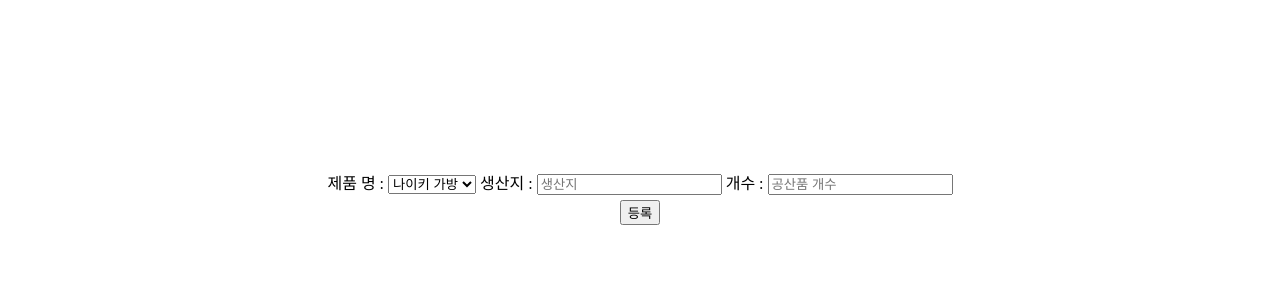
Repository: charmingjae/swproject
Page: http://localhost/board_project/product.jsp
An editor plug-in stored every save of this project. The page is shown before and after the next save, followed by the edit.
The browser window is 1280 px wide. The pictures show the whole page.
The page is served by Tomcat 9. Other server files are loaded and not shown.

Above is the page before, as saved 2019-09-17 16:46:51.

### board_project/board_project/WebContent/product.jsp
<%@ page language="java" contentType="text/html; charset=EUC-KR"
    pageEncoding="EUC-KR"%>
<%@ page import="java.sql.*" %>
<script language = "javascript">

function writeCheck()
{
	var form = document.writeform;

	if(!form.proname.value)
	{
		alert("제품명을 입력해주세요.");
		form.name.focus();
		return;
	}

	if(!form.proloc.value)
	{
		alert("생산지를 적어주세요.");
		form.proloc.focus();
		return;
	}
	if(!form.pronumber.value)
	{
		alert("개수를 입력하세요.");
		form.pronumber.focus();
		return;
	}
	form.submit();

}
</script>
<!DOCTYPE html PUBLIC "-//W3C//DTD HTML 4.01 Transitional//EN" "http://www.w3.org/TR/html4/loose.dtd">
<html>
	<head>
 		<title> 공산품 관리 </title>
	</head>
 	<body>
 		<table>
			 <center>
				 <form name=writeform method=post action="write_ok.jsp">
				 			<br /><br /><br /><br /><br /><br /><br /><br /><br />
<!-- 				 			제품 명 : <input name="proname" placeholder="공산품 제품명"/>
				 			생산지 : 	<input name="proloc" placeholder="생산지" />
							개수 : 	<input name="pronumber" placeholder="공산품 개수"/> -->

							제품 명 : <select name="proname" size="1" placeholder="공산품 제품명">
										<option value="나이키 가방">나이키 가방</option>
									</select>
									</select>
							생산지 : 	<input name="proloc" placeholder="생산지" />
							개수 : 	<input name="pronumber" placeholder="공산품 개수"/>

				 </form>
			 </center>
		</table>

		<table width="100%" cellpadding="0" cellspacing="0" border="0">
  		<tr>
  			<td colspan="4" height="5"></td>
  		</tr>
  		<tr align="center">
   			<td>
   				<input type=button value="등록" OnClick = "javascript:writeCheck();">
   			</td>
  		</tr>
		</table>
	</body>
</html>

After the next save:
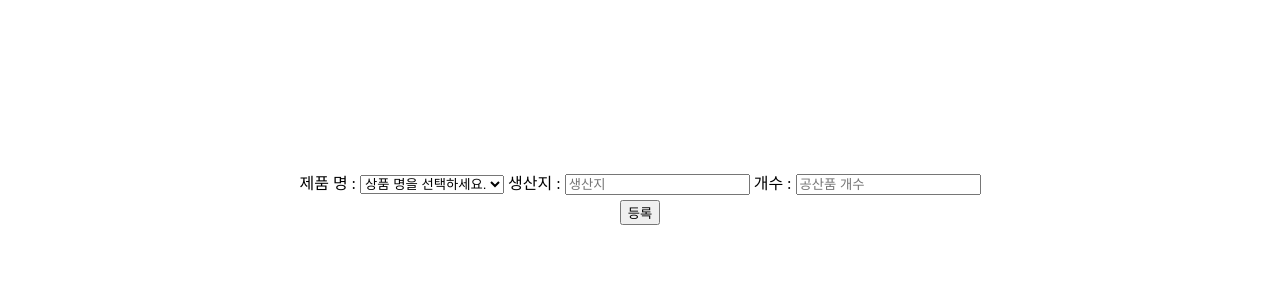
Saved 99 s later.
--- a/board_project/board_project/WebContent/product.jsp
+++ b/board_project/board_project/WebContent/product.jsp
@@ -44,7 +44,8 @@ function writeCheck()
 				 			생산지 : 	<input name="proloc" placeholder="생산지" />
 							개수 : 	<input name="pronumber" placeholder="공산품 개수"/> -->
 
-							제품 명 : <select name="proname" size="1" placeholder="공산품 제품명">
+							제품 명 : <select name="proname" size="1">
+										<option value="" selected disabled hidden> 상품 명을 선택하세요.</option>
 										<option value="나이키 가방">나이키 가방</option>
 									</select>
 									</select>
